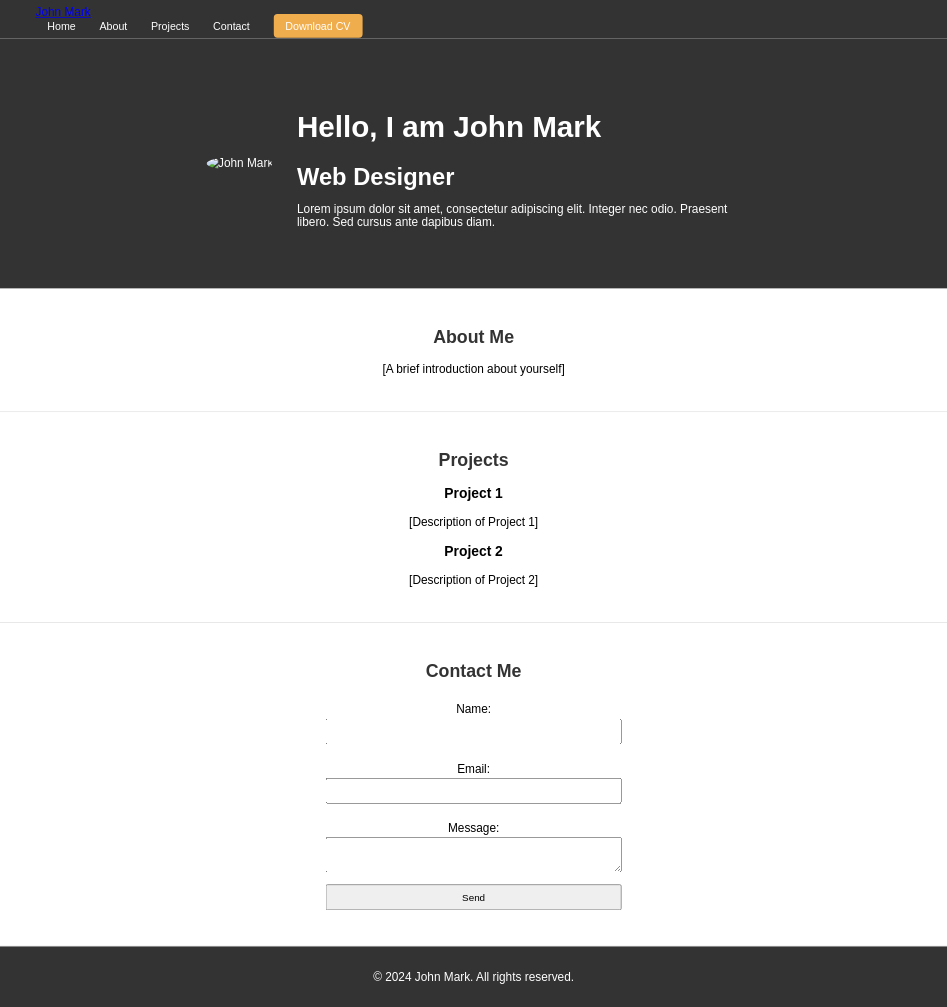
Repository: 4Kbrain/Portofolio
Page: index.html
These files come from the project's save history. The page is drawn as it stood at one moment and after the next save; the edit follows.
The browser window is 1280 px wide. The pictures show the whole page, at 74% of full size.

Above is the page before, as saved 2024-05-15 08:01:55.
Not found: your-photo.jpg

### index.html
<!DOCTYPE html>
<html lang="en">
<head>
    <meta charset="UTF-8">
    <meta name="viewport" content="width=device-width, initial-scale=1.0">
    <title>John Mark Portfolio</title>
    <link rel="stylesheet" href="styles.css">
</head>
<body>
    <header>
        <nav class="navbar">
            <div class="container">
                <a href="#home" class="logo">John Mark</a>
                <ul class="nav-links">
                    <li><a href="#home">Home</a></li>
                    <li><a href="#about">About</a></li>
                    <li><a href="#projects">Projects</a></li>
                    <li><a href="#contact">Contact</a></li>
                    <li><a href="#download-cv" class="download-cv">Download CV</a></li>
                </ul>
            </div>
        </nav>
    </header>

    <section id="home">
        <div class="home-container">
            <div class="home-photo">
                <img src="your-photo.jpg" alt="John Mark">
            </div>
            <div class="home-text">
                <h1>Hello, I am John Mark</h1>
                <h2>Web Designer</h2>
                <p>Lorem ipsum dolor sit amet, consectetur adipiscing elit. Integer nec odio. Praesent libero. Sed cursus ante dapibus diam.</p>
            </div>
        </div>
    </section>

    <section id="about">
        <div class="container">
            <h2>About Me</h2>
            <p>[A brief introduction about yourself]</p>
        </div>
    </section>

    <section id="projects">
        <div class="container">
            <h2>Projects</h2>
            <div class="project">
                <h3>Project 1</h3>
                <p>[Description of Project 1]</p>
            </div>
            <div class="project">
                <h3>Project 2</h3>
                <p>[Description of Project 2]</p>
            </div>
            <!-- Add more projects as needed -->
        </div>
    </section>

    <section id="contact">
        <div class="container">
            <h2>Contact Me</h2>
            <form id="contact-form">
                <label for="name">Name:</label>
                <input type="text" id="name" name="name" required>

                <label for="email">Email:</label>
                <input type="email" id="email" name="email" required>

                <label for="message">Message:</label>
                <textarea id="message" name="message" required></textarea>

                <button type="submit">Send</button>
            </form>
        </div>
    </section>

    <footer>
        <div class="container">
            <p>&copy; 2024 John Mark. All rights reserved.</p>
        </div>
    </footer>
</body>
</html>

### styles.css
body {
    font-family: Arial, sans-serif;
    margin: 0;
    padding: 0;
    box-sizing: border-box;
}

header {
    background-color: #333;
    color: white;
    padding: 0.5rem 1rem;
}

nav {
    display: flex;
    justify-content: space-between;
    align-items: center;
    padding: 0 2rem;
}

nav .logo a {
    color: white;
    font-size: 1.5rem;
    font-weight: bold;
    text-decoration: none;
}

nav ul {
    list-style: none;
    padding: 0;
    margin: 0;
    display: flex;
    align-items: center;
}

nav ul li {
    margin: 0 1rem;
}

nav ul li a {
    color: white;
    text-decoration: none;
    font-size: 0.9rem; /* Smaller font size for navbar items */
}

nav ul li a.download-cv {
    background-color: #f0ad4e;
    padding: 0.5rem 1rem;
    border-radius: 5px;
    color: white;
}

section {
    padding: 2rem;
    text-align: center;
}

#home {
    background: #333; /* Same background color as the navbar */
    color: white; /* Ensure text is readable on dark background */
    padding: 4rem 2rem;
    display: flex;
    align-items: center;
    justify-content: center;
}

.home-container {
    display: flex;
    align-items: center;
}

.home-photo img {
    border-radius: 50%;
    max-width: 150px;
    margin-right: 2rem;
}

.home-text {
    max-width: 600px;
    text-align: left;
}

#home h1 {
    font-size: 2.5rem;
    margin-bottom: 0.5rem;
}

#home h2 {
    font-size: 2rem;
    margin-bottom: 1rem;
}

#about, #projects, #contact {
    background: #fff;
    border-bottom: 1px solid #ddd;
}

#about h2, #projects h2, #contact h2 {
    color: #333;
}

.project {
    margin: 1rem 0;
}

form {
    display: flex;
    flex-direction: column;
    max-width: 400px;
    margin: 0 auto;
}

form label {
    margin: 0.5rem 0 0.2rem;
}

form input, form textarea, form button {
    padding: 0.5rem;
    margin-bottom: 1rem;
}

footer {
    background-color: #333;
    color: white;
    text-align: center;
    padding: 1rem 0;
}

After the next save:
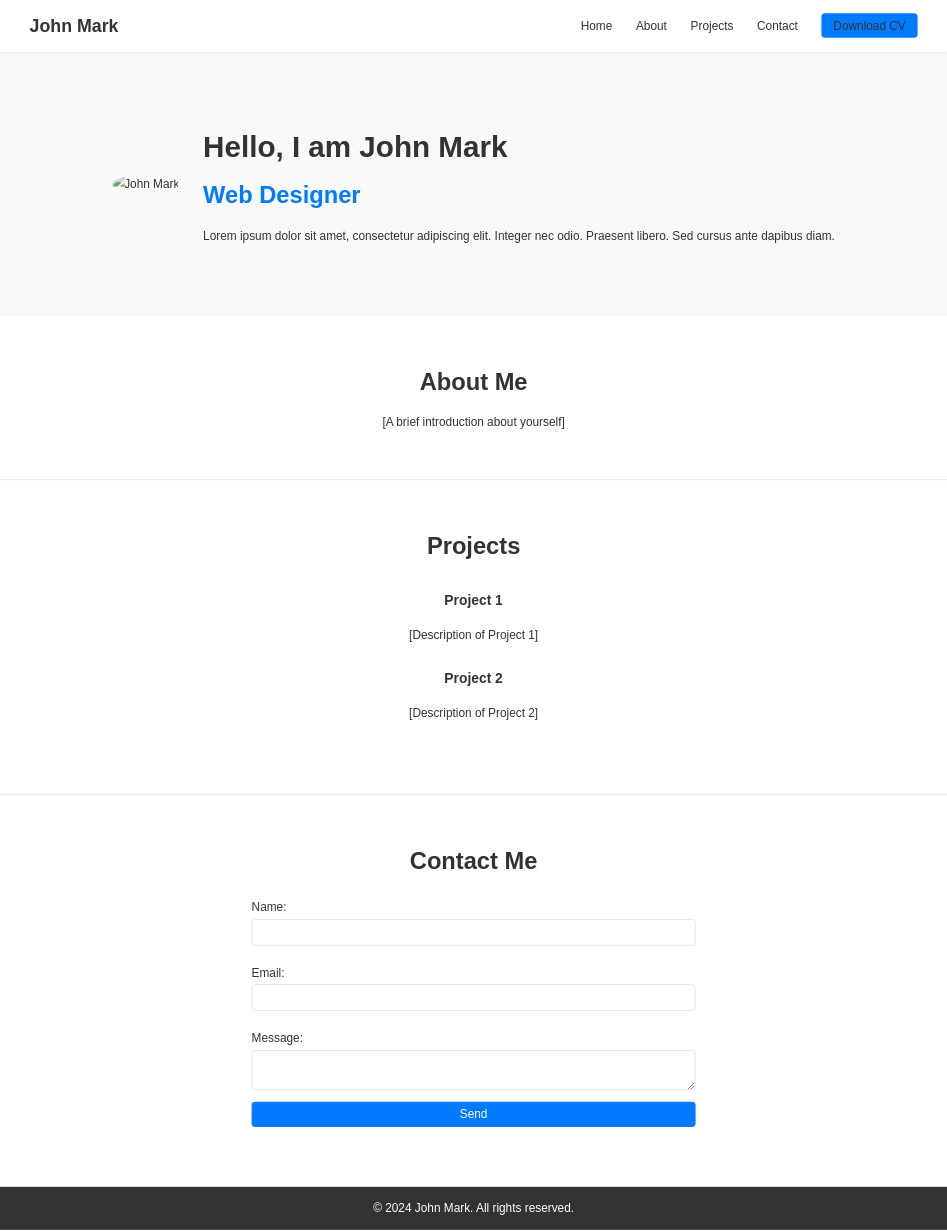
Saved 13 s later.
--- a/styles.css
+++ b/styles.css
@@ -1,67 +1,88 @@
-body {
-    font-family: Arial, sans-serif;
+/* Reset some default browser styles */
+body, h1, h2, p, ul, li, a, img {
     margin: 0;
     padding: 0;
     box-sizing: border-box;
 }
 
-header {
-    background-color: #333;
-    color: white;
-    padding: 0.5rem 1rem;
+body {
+    font-family: 'Arial', sans-serif;
+    line-height: 1.6;
+    color: #333;
 }
 
-nav {
+header {
+    background-color: #ffffff;
+    box-shadow: 0 2px 4px rgba(0,0,0,0.1);
+    position: sticky;
+    top: 0;
+    width: 100%;
+    z-index: 1000;
+}
+
+.navbar .container {
     display: flex;
     justify-content: space-between;
     align-items: center;
-    padding: 0 2rem;
+    padding: 1rem 2rem;
 }
 
-nav .logo a {
-    color: white;
+.navbar .logo {
     font-size: 1.5rem;
     font-weight: bold;
+    color: #333;
     text-decoration: none;
 }
 
-nav ul {
+.navbar .nav-links {
     list-style: none;
-    padding: 0;
-    margin: 0;
     display: flex;
     align-items: center;
 }
 
-nav ul li {
-    margin: 0 1rem;
+.navbar .nav-links li {
+    margin-left: 2rem;
 }
 
-nav ul li a {
-    color: white;
+.navbar .nav-links a {
     text-decoration: none;
-    font-size: 0.9rem; /* Smaller font size for navbar items */
+    color: #333;
+    font-size: 1rem;
+    transition: color 0.3s;
 }
 
-nav ul li a.download-cv {
-    background-color: #f0ad4e;
+.navbar .nav-links a:hover {
+    color: #007BFF;
+}
+
+.navbar .download-cv {
+    background-color: #007BFF;
+    color: #fff;
     padding: 0.5rem 1rem;
     border-radius: 5px;
-    color: white;
+    transition: background-color 0.3s;
+}
+
+.navbar .download-cv:hover {
+    background-color: #0056b3;
 }
 
 section {
-    padding: 2rem;
-    text-align: center;
+    padding: 4rem 2rem;
+}
+
+.container {
+    max-width: 1200px;
+    margin: 0 auto;
 }
 
 #home {
-    background: #333; /* Same background color as the navbar */
-    color: white; /* Ensure text is readable on dark background */
-    padding: 4rem 2rem;
+    background-color: #f9f9f9;
     display: flex;
     align-items: center;
     justify-content: center;
+    text-align: left;
+    padding: 6rem 2rem;
 }
 
 .home-container {
@@ -71,43 +92,43 @@ section {
 
 .home-photo img {
     border-radius: 50%;
-    max-width: 150px;
+    max-width: 200px;
     margin-right: 2rem;
 }
 
-.home-text {
-    max-width: 600px;
-    text-align: left;
-}
-
-#home h1 {
+.home-text h1 {
     font-size: 2.5rem;
     margin-bottom: 0.5rem;
 }
 
-#home h2 {
+.home-text h2 {
     font-size: 2rem;
     margin-bottom: 1rem;
+    color: #007BFF;
 }
 
 #about, #projects, #contact {
     background: #fff;
     border-bottom: 1px solid #ddd;
+    text-align: center;
 }
 
 #about h2, #projects h2, #contact h2 {
+    font-size: 2rem;
     color: #333;
+    margin-bottom: 1rem;
 }
 
 .project {
-    margin: 1rem 0;
+    margin: 2rem 0;
 }
 
 form {
     display: flex;
     flex-direction: column;
-    max-width: 400px;
+    max-width: 600px;
     margin: 0 auto;
+    text-align: left;
 }
 
 form label {
@@ -117,6 +138,21 @@ form label {
 form input, form textarea, form button {
     padding: 0.5rem;
     margin-bottom: 1rem;
+    border: 1px solid #ddd;
+    border-radius: 5px;
+    font-size: 1rem;
+}
+
+form button {
+    background-color: #007BFF;
+    color: #fff;
+    border: none;
+    cursor: pointer;
+    transition: background-color 0.3s;
+}
+
+form button:hover {
+    background-color: #0056b3;
 }
 
 footer {
@@ -125,3 +161,7 @@ footer {
     text-align: center;
     padding: 1rem 0;
 }
+
+footer p {
+    margin: 0;
+}
